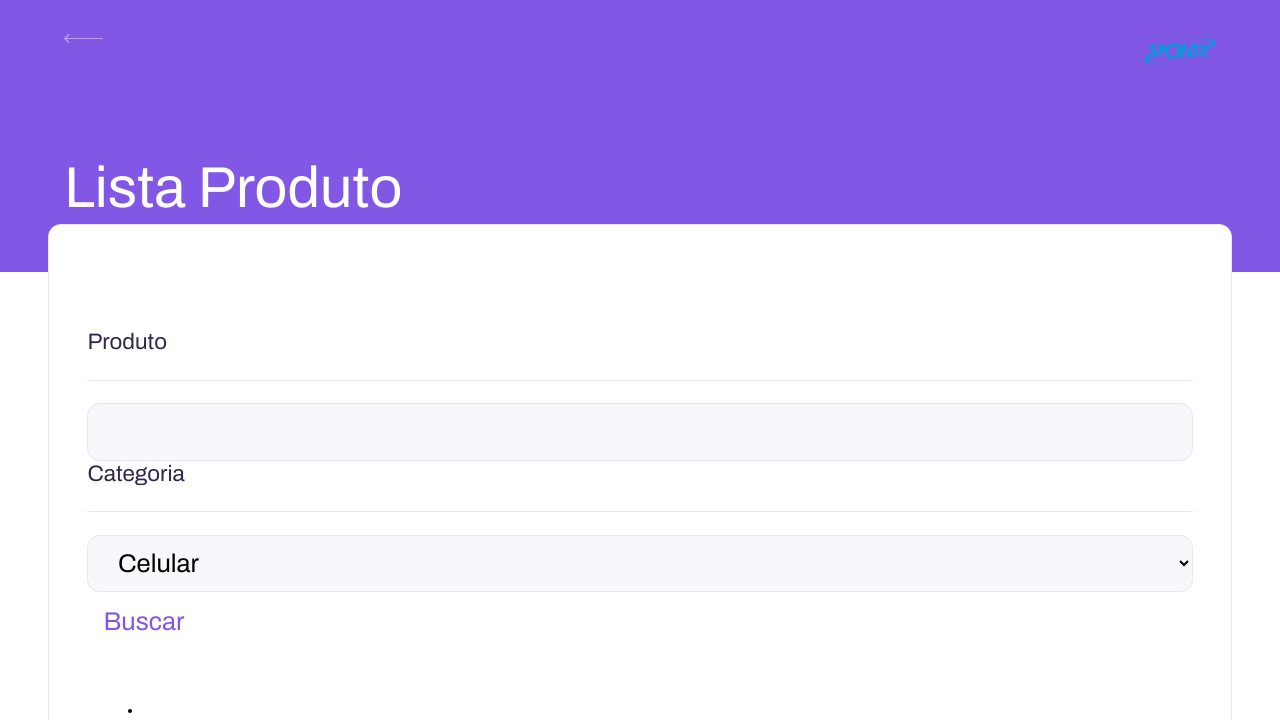
Repository: Henrique-Hoi-Dev/avalia-o-front-end
Page: /list (app in web/)
The author's editor kept a copy of each file at every save. The page is drawn from the files as they stood at one save, then again after the next save.
The browser window is 1280 px wide. The pictures show the whole page.
An inner scrolling area shows only its first screen. The project was rebuilt for these pictures with package versions that can differ from the ones it lists, and the page was loaded fresh each time. Also part of the build but not shown: web/src/pages/Home/styles.js, web/src/pages/Home/index.js, web/src/pages/RegistrationProduct/styles.js, web/src/components/HeaderRecord/styles.js, web/src/components/HeaderRecord/index.js, web/src/pages/RegistrationProduct/index.js.

Above is the page before, as saved 2020-09-01 20:48:55.

### web/public/index.html
<!DOCTYPE html>
<html lang="en">
  <head>
    <meta charset="utf-8" />
    <link rel="icon" href="%PUBLIC_URL%/favicon.ico" />
    <meta name="viewport" content="width=device-width, initial-scale=1" />
    <meta name="theme-color" content="#000000" />
    <meta
      name="description"
      content="Web site created using create-react-app"
    />
    <link
      href="https://fonts.googleapis.com/css2?family=Archivo:ital,wght@0,400;1,700&family=Poppins&display=swap"
      rel="stylesheet"
    />

    <title>Controle de estoque</title>
  </head>
  <body>
    <noscript>You need to enable JavaScript to run this app.</noscript>
    <div id="root"></div>
  </body>
</html>

### web/src/App.js
import React from 'react';
import Routes from './routes';

import GlobalStyle from './styles/global';

function App() {
  return (
    <>
      <Routes />
      <GlobalStyle />
    </>
  );
}

export default App;

### web/src/routes.js
import React from 'react';
import { BrowserRouter, Route } from 'react-router-dom';

import Home from './pages/Home';
import ListProduct from './pages/ListProduct';
import RegistrationProduct from './pages/RegistrationProduct';

function Routes() {
  return (
    <BrowserRouter>
      <Route path="/" exact component={Home} />
      <Route path="/list" component={ListProduct} />
      <Route path="/record-product" component={RegistrationProduct} />
    </BrowserRouter>
  );
}

export default Routes;

### web/src/styles/global.js
import { createGlobalStyle } from 'styled-components';

export default createGlobalStyle`


  * {
    margin: 0;
    padding: 0;
    outline: 0;
    border: 0;
    box-sizing: border-box;
  }
  html, body, #root {
    height: 100%;
    overflow-x: hidden;
  }


  body {
    background: linear-gradient(-70deg #f0f0f7);
    -webkit-font-smoothing: antialiased !important;

  }

  body, input, button {

    font-size: 14px;
    font-family: 'Roboto', sans-serif;
  }

  button {
    cursor: pointer;
  }

  :root {

  --color-background: #f0f0f7;
  --color-primary-lighter: #9871f5;
  --color-primary-light: #916bea;
  --color-primary: #8257e5;
  --color-primary-dark: #774dd6;
  --color-primary-darker: #6842c2;
  --color-secundary: #04d361;
  --color-secundary-dark: #04bf58;
  --color-title-in-primary: #ffffff;
  --color-text-in-primary: #d4c2ff;
  --color-text-title: #32264d;
  --color-text-complement: #9c98a6;
  --color-text-base: #6a6180;
  --color-line-in-white: #e6e6f0;
  --color-input-background: #f8f8fc;
  --color-button-text: #ffffff;
  --color-box-base: #ffffff;
  --color-box-footer: #fafafc;
}
`;

### web/src/pages/ListProduct/index.js
import React from 'react';
import Header from '../../components/HeaderList';
import { Formik, Field, Form } from 'formik';
import { Container } from './styles';

function ListProduct() {
  function onSubmit(values, actions) {
    console.log(values);
  }
  return (
    <Container>
      <Header />
      <div className="header-main">
        <Formik
          onSubmit={onSubmit}
          initialValues={{
            product: '',
            categoria: 'celular',
          }}
          render={({ values }) => (
            <Form className="form-input">
              <div className="header-title">
                <label>Produto</label>
                <Field name="product" type="text" />

                <label htmlFor="categoria">Categoria</label>
                <Field nome="categoria" component="select">
                  <option value="celular">Celular</option>
                  <option value="tvs">Tvs</option>
                  <option value="notbook">Notbook</option>
                  <option value="acessorios">Acessórios</option>
                </Field>
              </div>
              <button type="submit">Buscar</button>
              <main>
                <ul>
                  <li></li>
                </ul>
              </main>
            </Form>
          )}
        />
      </div>
    </Container>
  );
}

export default ListProduct;

### web/src/components/HeaderList/index.js
import React from 'react';
import { Link } from 'react-router-dom';

import { PageHeader } from './styles';
import backIcon from '../../assets/back.svg';
import logo from '../../assets/logo.png';

function HeaderList() {
  return (
    <PageHeader>
      <div className="header">
        <Link to="/">
          <img src={backIcon} alt="voltar" />
        </Link>
        <img src={logo} alt="voltar" />
      </div>

      <div className="header-content">
        <h2>Lista Produto</h2>
      </div>
    </PageHeader>
  );
}

export default HeaderList;

### web/src/pages/ListProduct/styles.js
import styled from 'styled-components';
import { darken } from 'polished';

export const Container = styled.div`
  width: 100vw;
  height: 100vh;

  .header-main {
    background: var(--color-box-base);
    width: 100%;
    max-width: 74rem;
    border: 0.1rem solid var(--color-line-in-white);
    border-radius: 0.8rem;
    margin: -3rem auto 3.2rem;
    padding-top: 6.4rem;
    overflow: hidden;
  }

  input,
  select {
    width: 100%;
    height: 3.6rem;
    border-radius: 0.8rem;
    background: var(--color-input-background);
    border: 1px solid var(--color-line-in-white);
    outline: 0;
    padding: 0 1.6rem;
    font: 1.6rem Archivo;
  }

  .form-input {
    border: 0;
    padding: 0 2.4rem;
    margin-top: 0.1rem;

    button {
      background: none;
      border: 0;
      margin: 1rem;
      color: var(--color-primary);
      font: 700 1.6rem Archivo;
      cursor: pointer;
      transition: color 0.2s;

      &:hover {
        color: ${darken(0.03, '#6842c2')};
      }
    }
  }
  .header-title label {
    font: 700 1.4rem Archivo;
    color: var(--color-text-title);
    margin-bottom: 1.4rem;
    display: flex;
    align-items: center;
    justify-content: space-between;
    width: 100%;
    padding-bottom: 1.6rem;
    border-bottom: 1px solid var(--color-line-in-white);
  }
  main {
    margin: 3.2rem auto;
    width: 90%;
  }
`;

### web/src/components/HeaderList/styles.js
import styled from 'styled-components';

export const PageHeader = styled.div`
  display: flex;
  flex-direction: column;
  background-color: var(--color-primary);

  .header {
    width: 90%;
    margin: 0 auto;
    display: flex;
    justify-content: space-between;
    align-items: center;
    color: var(--color-text-in-primary);
    padding: 1.6rem 0;

    a {
      height: 3.2rem;
      transition: opacity 0.2s;

      :hover {
        opacity: 0.6;
      }
    }

    img {
      height: 1.6rem;
    }
  }

  .header-content {
    width: 90%;
    margin: 0 auto;
    position: relative;
    margin: 3.2rem auto;

    a {
      font: 700 3.6rem Archivo;
      line-height: 4.2rem;
      color: var(--color-title-in-primary);
    }

    h2 {
      font: 700 3.6rem Archivo;
      line-height: 4.2rem;
      color: var(--color-title-in-primary);
    }
  }
`;

Loaded but not shown: web/src/index.js (common file)

After the next save:
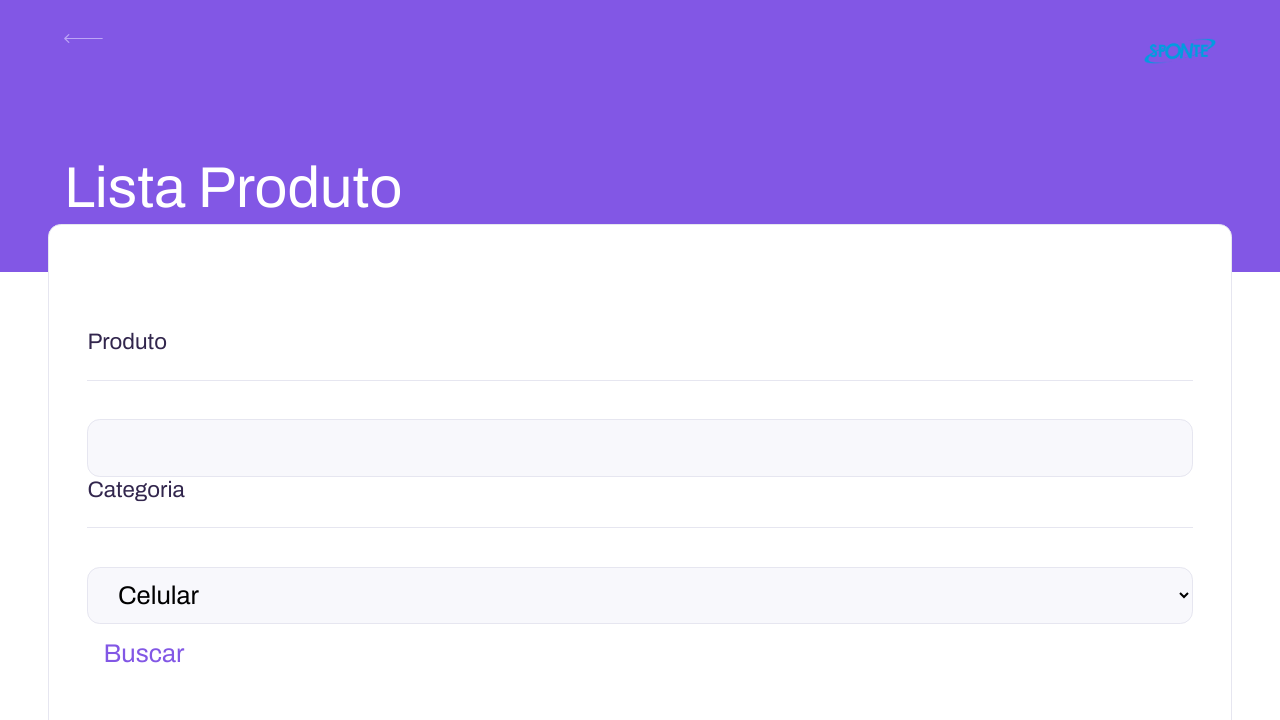
Saved 2 min 2 s later.
--- a/web/src/pages/ListProduct/styles.js
+++ b/web/src/pages/ListProduct/styles.js
@@ -50,7 +50,7 @@
   .header-title label {
     font: 700 1.4rem Archivo;
     color: var(--color-text-title);
-    margin-bottom: 1.4rem;
+    margin-bottom: 2.4rem;
     display: flex;
     align-items: center;
     justify-content: space-between;

After the save that followed:
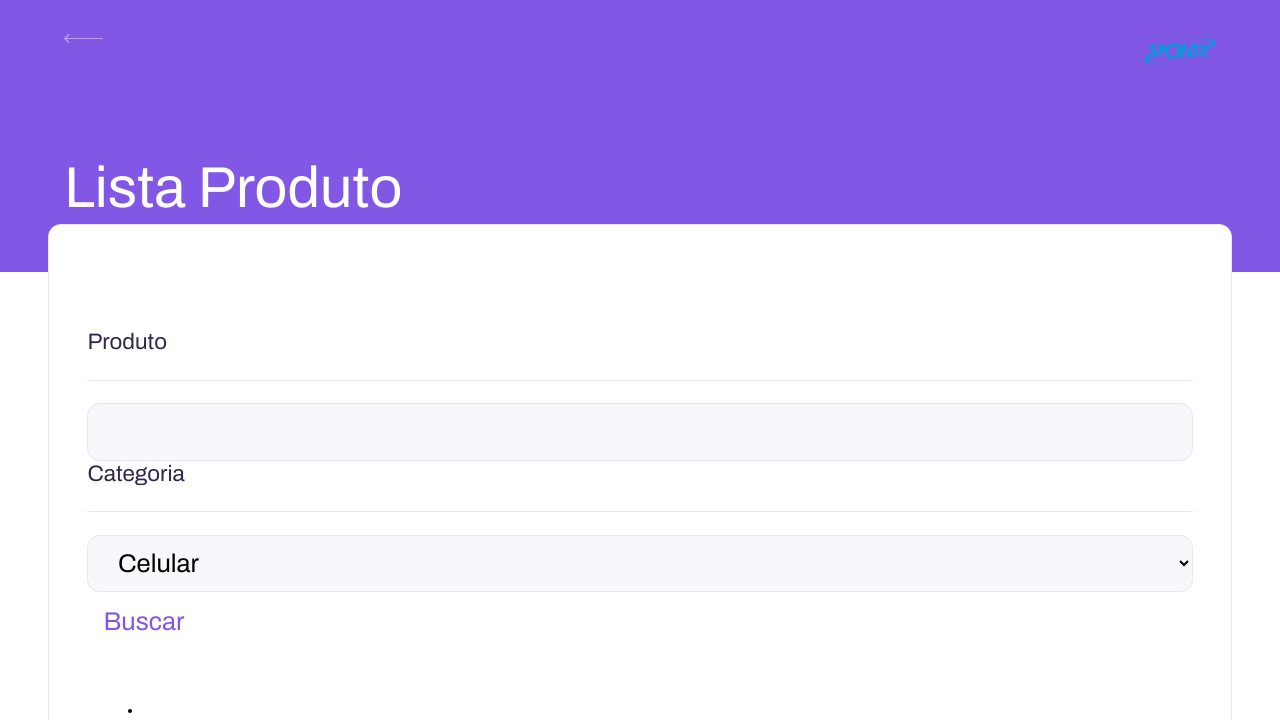
Saved 5 s later.
--- a/web/src/pages/ListProduct/styles.js
+++ b/web/src/pages/ListProduct/styles.js
@@ -50,7 +50,7 @@
   .header-title label {
     font: 700 1.4rem Archivo;
     color: var(--color-text-title);
-    margin-bottom: 2.4rem;
+    margin-bottom: 1.4rem;
     display: flex;
     align-items: center;
     justify-content: space-between;
